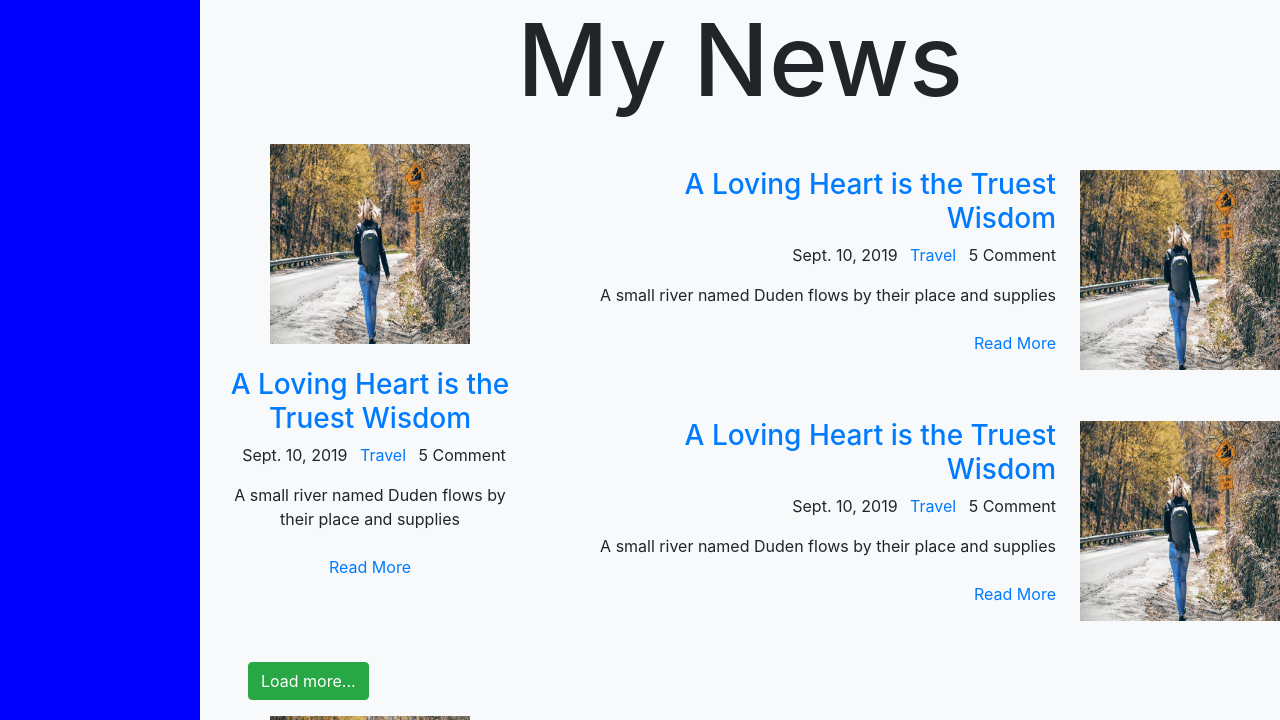
Repository: tts2610/GoogleNews
Page: index.html
The author's editor kept a copy of each file at every save. The page is drawn from the files as they stood at one save, then again after the next save.
The browser window is 1280 px wide. The pictures show the whole page.
An inner scrolling area shows only its first screen.

Above is the page before, as saved 2020-05-20 14:24:26.

### index.html
<!DOCTYPE html>
<html lang="en">

<head>
    <meta charset="UTF-8">
    <meta name="viewport" content="width=device-width, initial-scale=1.0">
    <title>Document</title>
    <link rel="stylesheet" href="https://maxcdn.bootstrapcdn.com/bootstrap/4.4.1/css/bootstrap.min.css">

    <!-- jQuery library -->
    <script src="https://ajax.googleapis.com/ajax/libs/jquery/3.5.1/jquery.min.js"></script>

    <!-- Popper JS -->
    <script src="https://cdnjs.cloudflare.com/ajax/libs/popper.js/1.16.0/umd/popper.min.js"></script>

    <!-- Latest compiled JavaScript -->
    <script src="https://maxcdn.bootstrapcdn.com/bootstrap/4.4.1/js/bootstrap.min.js"></script>
    <link rel="stylesheet" href="css/style.css">

    <link href="https://unpkg.com/aos@2.3.1/dist/aos.css" rel="stylesheet">
</head>

<body>
    <div class="myContainer">
        <div class="sidenav"></div>
        <div class="content" id="myContent">
            <div class="content-header mb-4">
                <h1 style="font-size: 100px; text-align: center;">My News</h1>
            </div>
            <div class="row">
                <div class="col-4 d-flex">
                    <div class="blog-entry-left">
                        <div>
                            <img src="img/image_8.jpg" width="200" height="200">
                        </div>
                        <div class="text p-4" style="text-align: center;">
                            <h3 class="mb-2"><a href="single.html">A Loving Heart is the Truest Wisdom</a></h3>
                            <div class="meta-wrap">
                                <p class="meta">
                                    <span><i class="icon-calendar mr-2"></i>Sept. 10, 2019</span>
                                    <span><a href="single.html"><i class="icon-folder-o mr-2"></i>Travel</a></span>
                                    <span><i class="icon-comment2 mr-2"></i>5 Comment</span>
                                </p>
                            </div>
                            <p class="mb-4">A small river named Duden flows by their place and supplies</p>
                            <p><a href="#" class="btn-custom">Read More <span class="ion-ios-arrow-forward"></span></a></p>
                        </div>
                    </div>
                </div>
                <div class="col-8 d-flex">
                    <div class="row">
                        <div class="col-md-12">
                            <div class="blog-entry ftco-animate d-md-flex align-items-center">
                                <div class="text text-2 text-md-right p-4">
                                    <h3 class="mb-2"><a href="single.html">A Loving Heart is the Truest Wisdom</a></h3>
                                    <div class="meta-wrap">
                                        <p class="meta">
                                            <span><i class="icon-calendar mr-2"></i>Sept. 10, 2019</span>
                                            <span><a href="single.html"><i class="icon-folder-o mr-2"></i>Travel</a></span>
                                            <span><i class="icon-comment2 mr-2"></i>5 Comment</span>
                                        </p>
                                    </div>
                                    <p class="mb-4">A small river named Duden flows by their place and supplies</p>
                                    <p><a href="#" class="btn-custom">Read More <span class="ion-ios-arrow-forward"></span></a></p>
                                </div>
                                <div class="news-img"><img src="img/image_8.jpg" width="200" height="200"></div>
                            </div>
                        </div>
                        <div class="col-md-12">
                            <div class="blog-entry ftco-animate d-md-flex align-items-center">
                                <div class="text text-2 text-md-right p-4">
                                    <h3 class="mb-2"><a href="single.html">A Loving Heart is the Truest Wisdom</a></h3>
                                    <div class="meta-wrap">
                                        <p class="meta">
                                            <span><i class="icon-calendar mr-2"></i>Sept. 10, 2019</span>
                                            <span><a href="single.html"><i class="icon-folder-o mr-2"></i>Travel</a></span>
                                            <span><i class="icon-comment2 mr-2"></i>5 Comment</span>
                                        </p>
                                    </div>
                                    <p class="mb-4">A small river named Duden flows by their place and supplies</p>
                                    <p><a href="#" class="btn-custom">Read More <span class="ion-ios-arrow-forward"></span></a></p>
                                </div>
                                <div class="news-img"><img src="img/image_8.jpg" width="200" height="200"></div>
                            </div>
                        </div>
                    </div>
                </div>
            </div>
            <button type="button" id="loadMoreBtn" class="btn btn-success my-3 mx-5">Load more...</button>
            <div class="row">
                <div class="col-4 d-flex">
                    <div class="blog-entry-left">
                        <div>
                            <img src="img/image_8.jpg" width="200" height="200">
                        </div>
                        <div class="text p-4" style="text-align: center;">
                            <h3 class="mb-2"><a href="single.html">A Loving Heart is the Truest Wisdom</a></h3>
                            <div class="meta-wrap">
                                <p class="meta">
                                    <span><i class="icon-calendar mr-2"></i>Sept. 10, 2019</span>
                                    <span><a href="single.html"><i class="icon-folder-o mr-2"></i>Travel</a></span>
                                    <span><i class="icon-comment2 mr-2"></i>5 Comment</span>
                                </p>
                            </div>
                            <p class="mb-4">A small river named Duden flows by their place and supplies</p>
                            <p><a href="#" class="btn-custom">Read More <span class="ion-ios-arrow-forward"></span></a></p>
                        </div>
                    </div>
                </div>
                <div class="col-8 d-flex">
                    <div class="row">
                        <div class="col-md-12">
                            <div class="blog-entry ftco-animate d-md-flex align-items-center">
                                <div class="text text-2 text-md-right p-4">
                                    <h3 class="mb-2"><a href="single.html">A Loving Heart is the Truest Wisdom</a></h3>
                                    <div class="meta-wrap">
                                        <p class="meta">
                                            <span><i class="icon-calendar mr-2"></i>Sept. 10, 2019</span>
                                            <span><a href="single.html"><i class="icon-folder-o mr-2"></i>Travel</a></span>
                                            <span><i class="icon-comment2 mr-2"></i>5 Comment</span>
                                        </p>
                                    </div>
                                    <p class="mb-4">A small river named Duden flows by their place and supplies</p>
                                    <p><a href="#" class="btn-custom">Read More <span class="ion-ios-arrow-forward"></span></a></p>
                                </div>
                                <div class="news-img"><img src="img/image_8.jpg" width="200" height="200"></div>
                            </div>
                        </div>
                        <div class="col-md-12">
                            <div class="blog-entry ftco-animate d-md-flex align-items-center">
                                <div class="text text-2 text-md-right p-4">
                                    <h3 class="mb-2"><a href="single.html">A Loving Heart is the Truest Wisdom</a></h3>
                                    <div class="meta-wrap">
                                        <p class="meta">
                                            <span><i class="icon-calendar mr-2"></i>Sept. 10, 2019</span>
                                            <span><a href="single.html"><i class="icon-folder-o mr-2"></i>Travel</a></span>
                                            <span><i class="icon-comment2 mr-2"></i>5 Comment</span>
                                        </p>
                                    </div>
                                    <p class="mb-4">A small river named Duden flows by their place and supplies</p>
                                    <p><a href="#" class="btn-custom">Read More <span class="ion-ios-arrow-forward"></span></a></p>
                                </div>
                                <div class="news-img"><img src="img/image_8.jpg" width="200" height="200"></div>
                            </div>
                        </div>
                    </div>
                </div>
            </div>
        </div>
    </div>

    <script src="js/script.js"></script>
    <script src="https://unpkg.com/aos@2.3.1/dist/aos.js"></script>
    <script>
        AOS.init();
    </script>
</body>

</html>

### css/style.css
body {
    margin: 0
}

.myContainer {
    display: flex;
    justify-content: start;
}

.sidenav {
    min-height: 100vh;
    width: 200px;
    float: left;
    position: relative;
    background-color: blue;
}

.content {
    height: 100vh;
    width: calc(100% - 200px);
    float: right;
    position: relative;
    background-color: #f8f9fa;
    overflow-y: scroll;
}

.blog-entry-left {
    display: flex;
    flex-direction: column;
    align-items: center;
}

Loaded but not shown: js/script.js (common file)

After the next save:
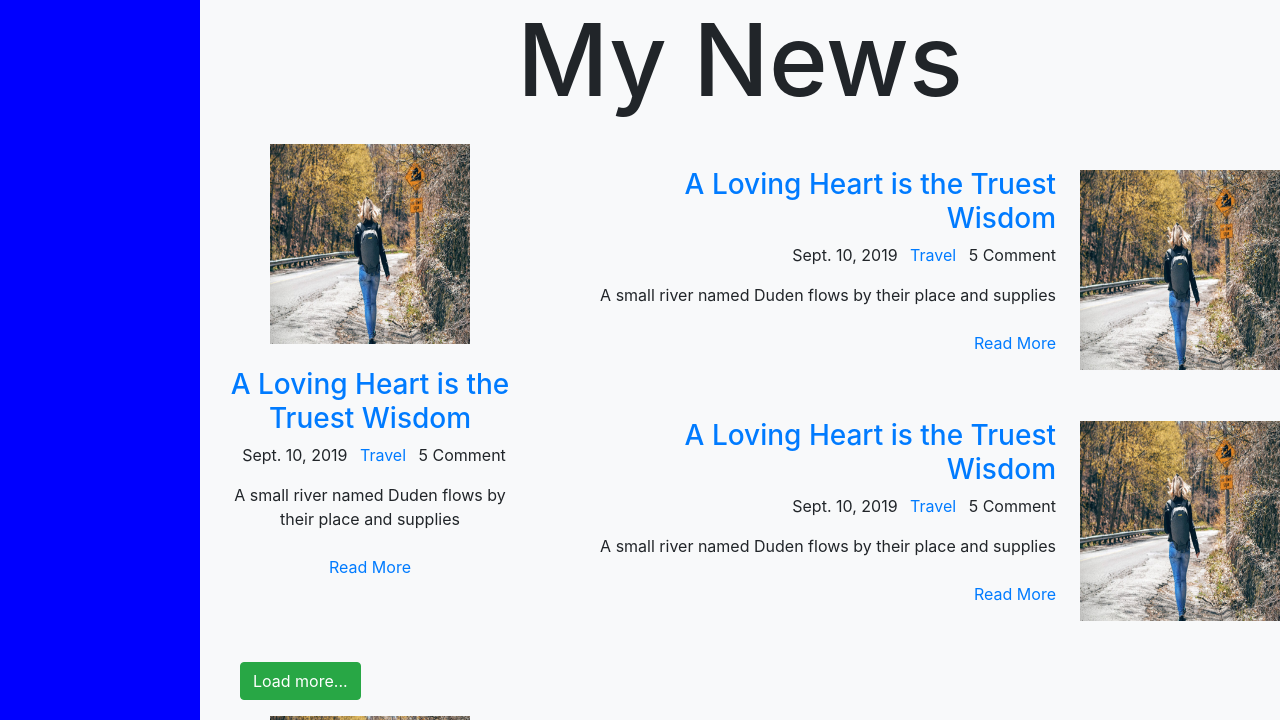
Saved 22 s later.
--- a/index.html
+++ b/index.html
@@ -86,7 +86,7 @@
                     </div>
                 </div>
             </div>
-            <button type="button" id="loadMoreBtn" class="btn btn-success my-3 mx-5">Load more...</button>
+            <button type="button" id="loadMoreBtn" class="btn btn-success my-3" style="margin-left: 40px;">Load more...</button>
             <div class="row">
                 <div class="col-4 d-flex">
                     <div class="blog-entry-left">
